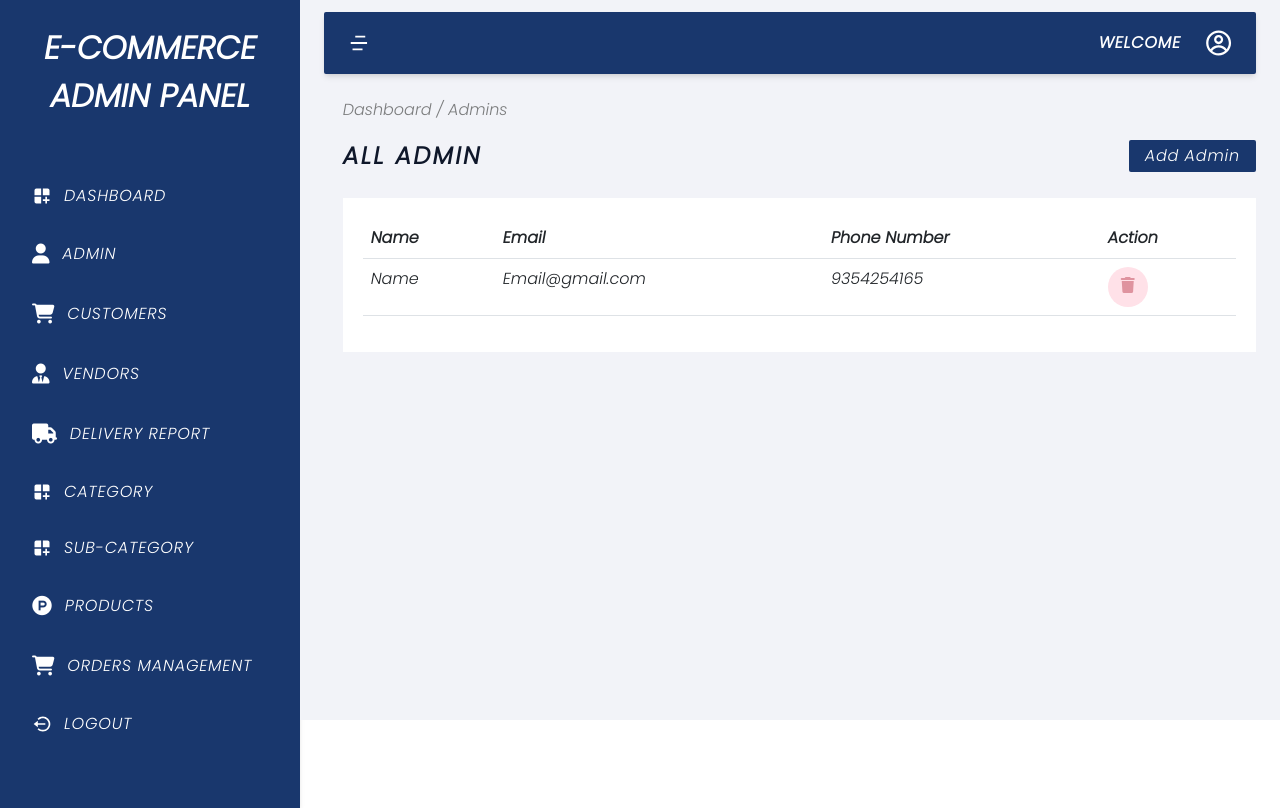
Repository: FlyweisReact/Hariom-Admin-Panel
Page: /E-Commerce/Admin
These files come from the project's save history. The page is drawn as it stood at one moment and after a run of saves; the edit follows.
The browser window is 1280 px wide. The pictures show the whole page.
Some web libraries are served in a nearby version. The project was rebuilt for these pictures with package versions that can differ from the ones it lists, and the page was loaded fresh each time. Also part of the build but not shown: src/vendorPanel/forms/VendorLogin.jsx, src/vendorPanel/layout/Navbar.jsx, src/vendorPanel/layout/Sidebar.jsx, src/vendorPanel/layout/HOC.jsx, src/vendorPanel/pages/AdminDiscount.js, src/vendorPanel/pages/AdminReview.js, src/vendorPanel/pages/Astrologers.js, src/vendorPanel/pages/Banners.js and 32 more.

Above is the page before, as saved 2023-04-26 18:53:28.

After the next 2 saves:
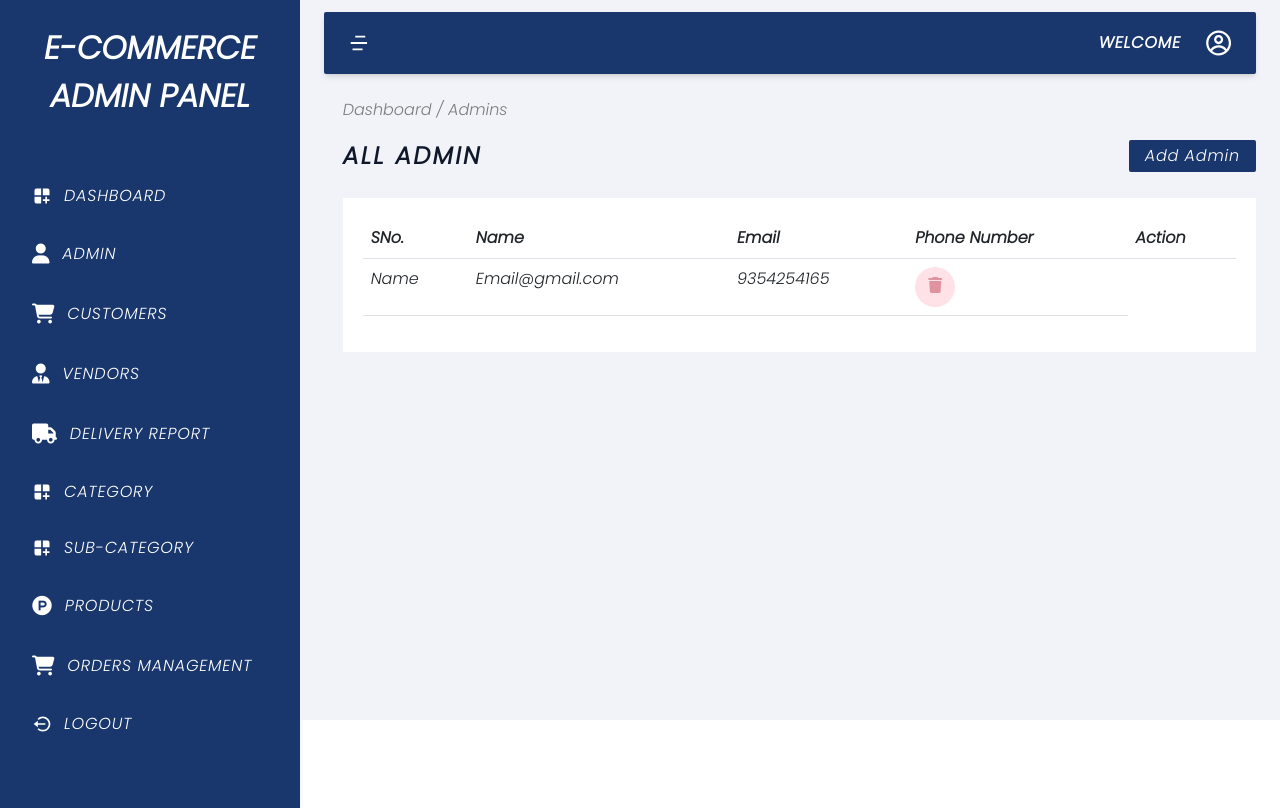
The 2 saves are shown as one change because they came seconds apart.
The last was saved 16 s later.
--- a/src/E-CommerceAdmin/pages/EAdmin.js
+++ b/src/E-CommerceAdmin/pages/EAdmin.js
@@ -84,6 +84,7 @@ const EAdmin = () => {
         <Table >
           <thead>
             <tr>
+              <th>SNo.</th>
               <th>Name</th>
               <th>Email</th>
               <th>Phone Number</th>
